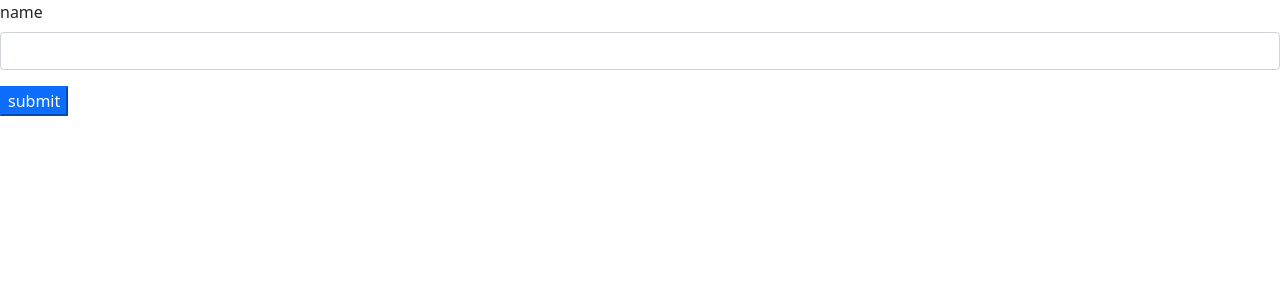
Repository: RMVLajaykumar/monojavaee
Page: http://localhost/12-student-mvc-db/search-student.jsp
The author's editor kept a copy of each file at every save. The page is drawn from the files as they stood at one save, then again after the next save.
The browser window is 1280 px wide. The pictures show the whole page.
The page is served by Tomcat 9. Other server files are loaded and not shown.

Above is the page before, as saved 2024-07-18 06:59:57.

### 12-student-mvc-db/WebContent/search-student.jsp
<%@ page language="java" contentType="text/html; charset=ISO-8859-1"
    pageEncoding="ISO-8859-1"%>
    <link href="https://cdn.jsdelivr.net/npm/bootstrap@5.0.2/dist/css/bootstrap.min.css" rel="stylesheet" integrity="sha384-EVSTQN3/azprG1Anm3QDgpJLIm9Nao0Yz1ztcQTwFspd3yD65VohhpuuCOmLASjC" crossorigin="anonymous">
<script src="https://cdn.jsdelivr.net/npm/bootstrap@5.0.2/dist/js/bootstrap.bundle.min.js" integrity="sha384-MrcW6ZMFYlzcLA8Nl+NtUVF0sA7MsXsP1UyJoMp4YLEuNSfAP+JcXn/tWtIaxVXM" crossorigin="anonymous"></script>
<!DOCTYPE html>
<html>
<head>
<meta charset="ISO-8859-1">
<title>Insert title here</title>
</head>
<body>
<form action="Student">
 <input type="hidden" name="command" value="search"/>
  <div class="mb-3">
    <label for="name" class="form-label">name</label>
    <input type="text" class="form-control" id="name" name="name" >
  </div>
   <input type="submit" class=" btn-primary" value="submit">
</form>
</body>
</html>

After the next save:
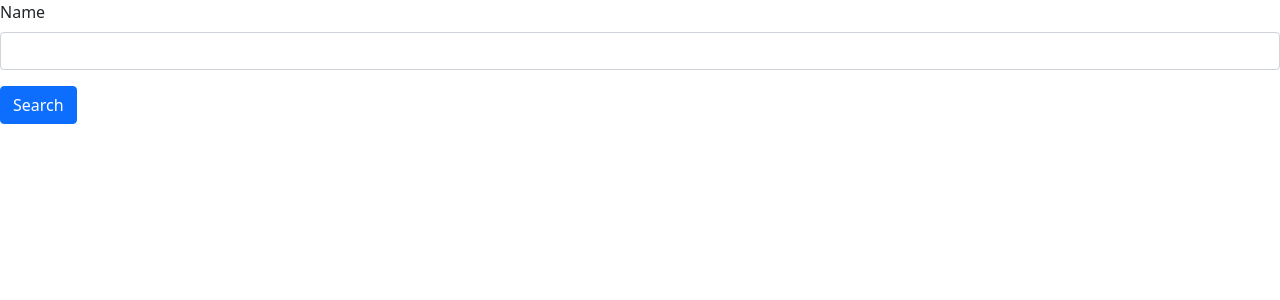
Saved 6 min 58 s later.
--- a/12-student-mvc-db/WebContent/search-student.jsp
+++ b/12-student-mvc-db/WebContent/search-student.jsp
@@ -1,21 +1,21 @@
 <%@ page language="java" contentType="text/html; charset=ISO-8859-1"
     pageEncoding="ISO-8859-1"%>
-    <link href="https://cdn.jsdelivr.net/npm/bootstrap@5.0.2/dist/css/bootstrap.min.css" rel="stylesheet" integrity="sha384-EVSTQN3/azprG1Anm3QDgpJLIm9Nao0Yz1ztcQTwFspd3yD65VohhpuuCOmLASjC" crossorigin="anonymous">
+<link href="https://cdn.jsdelivr.net/npm/bootstrap@5.0.2/dist/css/bootstrap.min.css" rel="stylesheet" integrity="sha384-EVSTQN3/azprG1Anm3QDgpJLIm9Nao0Yz1ztcQTwFspd3yD65VohhpuuCOmLASjC" crossorigin="anonymous">
 <script src="https://cdn.jsdelivr.net/npm/bootstrap@5.0.2/dist/js/bootstrap.bundle.min.js" integrity="sha384-MrcW6ZMFYlzcLA8Nl+NtUVF0sA7MsXsP1UyJoMp4YLEuNSfAP+JcXn/tWtIaxVXM" crossorigin="anonymous"></script>
 <!DOCTYPE html>
 <html>
 <head>
 <meta charset="ISO-8859-1">
-<title>Insert title here</title>
+<title>Search Student</title>
 </head>
 <body>
 <form action="Student">
- <input type="hidden" name="command" value="search"/>
-  <div class="mb-3">
-    <label for="name" class="form-label">name</label>
-    <input type="text" class="form-control" id="name" name="name" >
-  </div>
-   <input type="submit" class=" btn-primary" value="submit">
+    <input type="hidden" name="command" value="search"/>
+    <div class="mb-3">
+        <label for="name" class="form-label">Name</label>
+        <input type="text" class="form-control" id="name" name="name">
+    </div>
+    <input type="submit" class="btn btn-primary" value="Search">
 </form>
 </body>
 </html>
